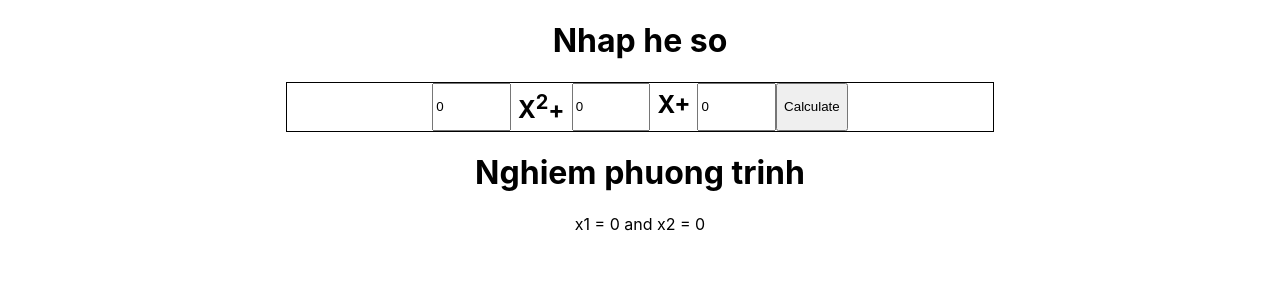
Repository: Trinvm1997/ReactExercise
Page: / (app in quadratic_equation/)
An editor plug-in stored every save of this project. The page is shown before and after the next save, followed by the edit.
The browser window is 1280 px wide. The pictures show the whole page.
The project was rebuilt for these pictures with package versions that can differ from the ones it lists, and the page was loaded fresh each time.

Above is the page before, as saved 2020-12-24 10:22:57.

After the next save:
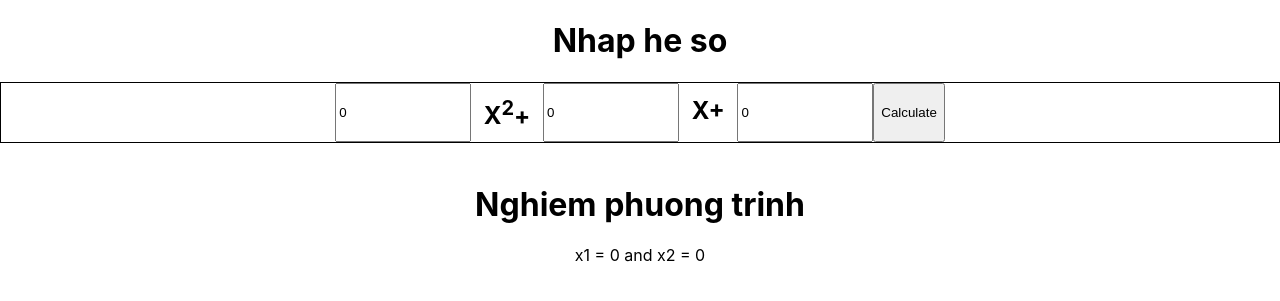
Saved 12 s later.
--- a/quadratic_equation/src/App.css
+++ b/quadratic_equation/src/App.css
@@ -29,7 +29,7 @@
 }
 
 form {
-  display: inline-flex;
+  display: flex;
   justify-content: center;
   border: 1px solid black;
 }
